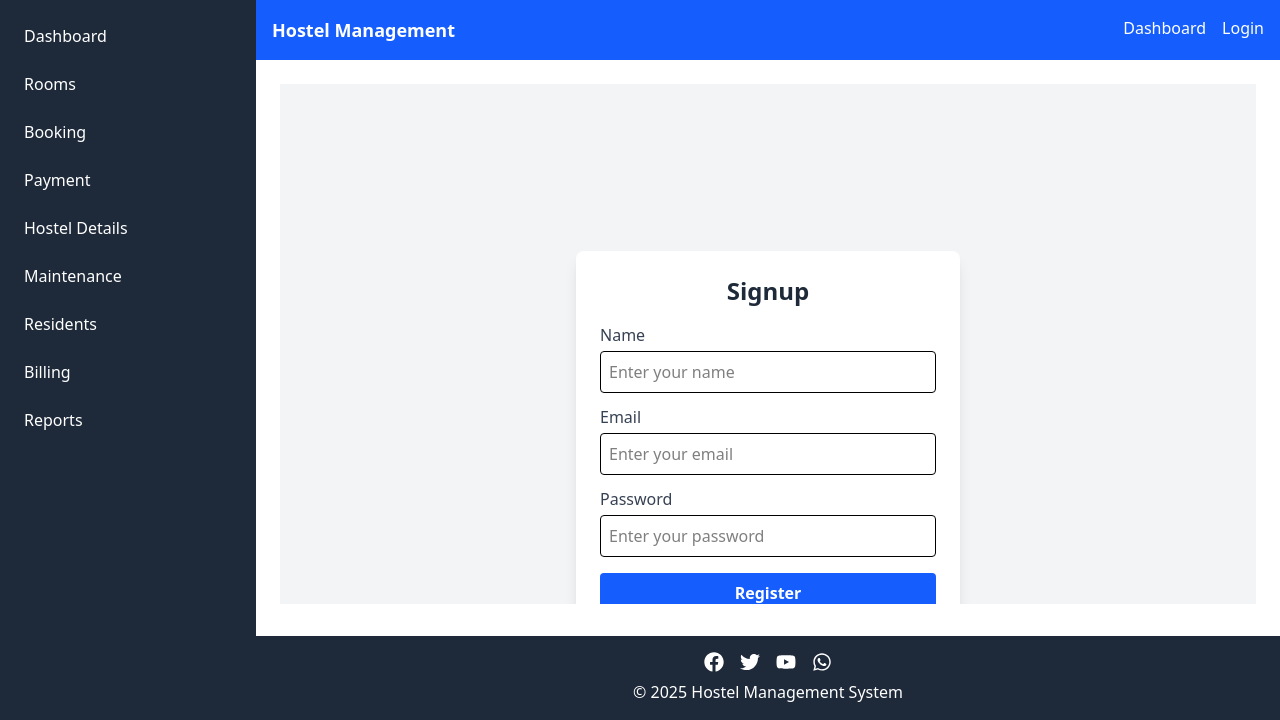
Repository: Meenakshi-commits/hostel_client
Page: /signup
These files come from the project's save history. The page is drawn as it stood at one moment and after a run of saves; the edit follows.
The browser window is 1280 px wide. The pictures show the whole page.
The page's requests for data from a server got no answer. An inner scrolling area shows only its first screen. The project was rebuilt for these pictures with package versions that can differ from the ones it lists, and the page was loaded fresh each time. No one was signed in, and anything a server would have sent is missing. Also part of the build but not shown: vite.config.js, src/components/ProtectedRoute.jsx, src/pages/HomePage.jsx, src/pages/Dashboard.jsx, src/pages/Booking.jsx, src/services/PaymentService.js, src/pages/Payment.jsx, src/pages/HostelDetails.jsx and 8 more.

Above is the page before, as saved 2025-02-28 20:00:40.

### index.html
<!doctype html>
<html lang="en">
  <head>
    <meta charset="UTF-8" />
    <link rel="icon" type="image/png" href="/logo.png" />
    <meta name="viewport" content="width=device-width, initial-scale=1.0" />
    <title>HostelManagementSystems</title>
  </head>
  <body>
    <div id="root"></div>
    <script type="module" src="/src/main.jsx"></script>
  </body>
</html>

### src/main.jsx
import React from "react";
import ReactDOM from "react-dom/client";
import { BrowserRouter } from "react-router-dom";
import App from "./App.jsx";
import "./index.css";

ReactDOM.createRoot(document.getElementById("root")).render(
    <BrowserRouter>
        <App />
    </BrowserRouter>
);

### src/App.jsx
import { BrowserRouter as Router } from "react-router-dom";
import { AuthProvider } from "./context/AuthContext";
import { RoomProvider } from "./context/RoomContext";
import { BookingProvider } from "./context/BookingContext";
import { NotificationProvider } from "./context/NotificationContext";
import Navbar from "./components/Navbar";
import Sidebar from "./components/Sidebar";
import Footer from "./components/Footer";
import AppRoutes from "./routes/AppRoutes";

function App() {
  return (

      <AuthProvider>
        <RoomProvider>
          <BookingProvider>
            <NotificationProvider>
              <div className="flex h-screen">
                <Sidebar />
                <div className="flex-1 flex flex-col">
                  <Navbar />
                  <div className="p-6 flex-grow overflow-auto">
                    <AppRoutes /> {/* Uses the separate AppRoutes component */}
                  </div>
                  <Footer />
                </div>
              </div>
            </NotificationProvider>
          </BookingProvider>
        </RoomProvider>
      </AuthProvider>

  );
}

export default App;

### src/context/AuthContext.jsx
import { createContext, useState, useEffect } from "react";
import { useNavigate } from "react-router-dom";
import { loginUser, registerUser } from "../services/authService";

export const AuthContext = createContext();

export const AuthProvider = ({ children }) => {
  const [user, setUser] = useState(null);
  const [loading, setLoading] = useState(true);
  const [showLoginMessage, setShowLoginMessage] = useState(false);
  const [showRegisterMessage, setShowRegisterMessage] = useState(false);
  const navigate = useNavigate();

  useEffect(() => {
    const storedUser = localStorage.getItem("user");
    if (storedUser) {
      try {
        setUser(JSON.parse(storedUser));
      } catch (error) {
        console.error("Invalid JSON in localStorage:", error);
        localStorage.removeItem("user"); // Clear invalid data
      }
    }
    setLoading(false);
  }, []);

  const login = async (credentials) => {
    try {
      const data = await loginUser(credentials);
      setUser(data.user);
      localStorage.setItem("user", JSON.stringify(data.user));
      setShowLoginMessage(true); // Show login message
      if (data.user.role === 'admin') {
        navigate("/booking"); // Navigate to booking page if admin
      } else {
        navigate("/dashboard"); // Navigate to dashboard if not admin
      }
    } catch (error) {
      console.error("Login failed:", error);
    }
  };

  const register = async (userData) => {
    try {
      const response = await registerUser(userData);
      setUser(response.user);
      localStorage.setItem("user", JSON.stringify(response.user));
      setShowRegisterMessage(true); // Show register message
      navigate("/dashboard"); // Navigate to dashboard after registration
    } catch (error) {
      console.error("Registration failed:", error);
    }
  };

  const logout = () => {
    setUser(null);
    localStorage.removeItem("user");
    navigate("/"); // Navigate to home after logout
  };

  return (
    <AuthContext.Provider value={{ user, login, register, logout, loading, showLoginMessage, setShowLoginMessage, showRegisterMessage, setShowRegisterMessage }}>
      {children}
    </AuthContext.Provider>
  );
};

### src/context/RoomContext.jsx
import { createContext, useState, useEffect } from "react";
import { getRooms } from "../services/roomService";

export const RoomContext = createContext();

export const RoomProvider = ({ children }) => {
  const [rooms, setRooms] = useState([]);
  const [loading, setLoading] = useState(true);

  useEffect(() => {
    fetchRooms();
  }, []);

  const fetchRooms = async () => {
    try {
      const data = await getRooms();
      setRooms(data);
    } catch (error) {
      console.error("Failed to fetch rooms:", error);
    } finally {
      setLoading(false);
    }
  };

  return (
    <RoomContext.Provider value={{ rooms, loading }}>
      {children}
    </RoomContext.Provider>
  );
};

### src/context/BookingContext.jsx
import { createContext, useState } from "react";
import { createBooking, getBookingById } from "../services/bookingService";

export const BookingContext = createContext();

export const BookingProvider = ({ children }) => {
  const [booking, setBooking] = useState(null);

  const addBooking = async (bookingData) => {
    try {
      const newBooking = await createBooking(bookingData);
      setBooking(newBooking);
    } catch (error) {
      console.error("Booking failed:", error);
    }
  };

  const fetchBooking = async (id) => {
    try {
      const data = await getBookingById(id);
      setBooking(data);
    } catch (error) {
      console.error("Failed to fetch booking:", error);
    }
  };

  return (
    <BookingContext.Provider value={{ booking, addBooking, fetchBooking }}>
      {children}
    </BookingContext.Provider>
  );
};

### src/context/NotificationContext.jsx
import { createContext, useState } from "react";
import { sendSmsNotification } from "../services/notificationService";
import { sendEmailNotification } from "../services/notificationService";


export const NotificationContext = createContext();

export const NotificationProvider = ({ children }) => {
  const [message, setMessage] = useState("");

  const sendEmail = async (emailData) => {
    try {
      const response = await sendEmailNotification(emailData);
      setMessage(response.message);
    } catch (error) {
      console.error("Email notification failed:", error);
    }
  };

  const sendSms = async (smsData) => {
    try {
      const response = await sendSmsNotification(smsData);
      setMessage(response.message);
    } catch (error) {
      console.error("SMS notification failed:", error);
    }
  };

  return (
    <NotificationContext.Provider value={{ sendEmail, sendSms, message }}>
      {children}
    </NotificationContext.Provider>
  );
};

### src/components/Navbar.jsx
import { Link } from "react-router-dom";

const Navbar = () => {
  return (
    <nav className="bg-blue-600 text-white p-4 flex justify-between">
      <Link to="/" className="text-lg font-bold">Hostel Management</Link>
      <div>
        <Link to="/Dashboard" className="mr-4">Dashboard</Link>
        <Link to="/Login">Login</Link>
      </div>
    </nav>
  );
};

export default Navbar;

### src/components/Sidebar.jsx
import { Link } from "react-router-dom";

const Sidebar = () => {
  return (
    <div className="w-64 bg-gray-800 text-white">
      <nav className="flex flex-col p-4">
        <Link to="/Dashboard" className="mb-2 p-2 hover:bg-gray-700 rounded">
          Dashboard
        </Link>
        <Link to="/Rooms" className="mb-2 p-2 hover:bg-gray-700 rounded">
          Rooms
        </Link>
        <Link to="/Booking" className="mb-2 p-2 hover:bg-gray-700 rounded">
          Booking
        </Link>
        <Link to="/Payment" className="mb-2 p-2 hover:bg-gray-700 rounded">
          Payment
        </Link>
        <Link to="/HostelDetails" className="mb-2 p-2 hover:bg-gray-700 rounded">
          Hostel Details
        </Link>
        <Link to="/Maintenance" className="mb-2 p-2 hover:bg-gray-700 rounded">
          Maintenance
        </Link>
        <Link to="/Residents" className="mb-2 p-2 hover:bg-gray-700 rounded">
          Residents
        </Link>
        <Link to="/Billing" className="mb-2 p-2 hover:bg-gray-700 rounded">
          Billing
        </Link>
        <Link to="/Reports" className="mb-2 p-2 hover:bg-gray-700 rounded">
          Reports
        </Link>

      </nav>
    </div>
  );
};

export default Sidebar;

### src/components/Footer.jsx
import { FaFacebook, FaTwitter, FaYoutube, FaWhatsapp } from "react-icons/fa";

const Footer = () => {
  return (
    <footer className="bg-gray-800 text-white text-center p-4 mt-8">
      <div className="flex justify-center space-x-4 mb-2">
        <a href="#" className="text-xl"><FaFacebook /></a>
        <a href="#" className="text-xl"><FaTwitter /></a>
        <a href="#" className="text-xl"><FaYoutube /></a>
        <a href="#" className="text-xl"><FaWhatsapp /></a>
      </div>
      <p>© {new Date().getFullYear()} Hostel Management System</p>
    </footer>
  );
};

export default Footer;

### src/routes/AppRoutes.jsx
import { Routes, Route } from "react-router-dom";
import ProtectedRoute from "../components/ProtectedRoute";

// Pages
import HomePage from "../pages/HomePage";
import Dashboard from "../pages/Dashboard";
import Booking from "../pages/Booking";
import Payment from "../pages/Payment";
import HostelDetails from "../pages/HostelDetails";
import Maintenance from "../pages/Maintenance";
import Residents from "../pages/Residents";
import Billing from "../pages/Billing";
import Reports from "../pages/Reports";
import Login from "../pages/Login";
import Signup from "../pages/Signup";
import Unauthorized from "../pages/Unauthorized";
import Rooms from "../pages/Rooms";
import BookRoom from "../pages/BookRoom";

const AppRoutes = () => {
  return (
    <Routes>
      <Route path="/" element={<HomePage />} />
      <Route path="/login" element={<Login />} />
      <Route path="/signup" element={<Signup />} />
      <Route path="/unauthorized" element={<Unauthorized />} />

      {/* Protected Routes */}
      <Route path="/dashboard" element={<ProtectedRoute roles={['admin', 'user']}><Dashboard /></ProtectedRoute>} />
      <Route path="/booking" element={<ProtectedRoute roles={['admin', 'user']}><Booking /></ProtectedRoute>} />
      <Route path="/payment" element={<ProtectedRoute roles={['admin']}><Payment /></ProtectedRoute>} />
      <Route path="/hostel-details" element={<ProtectedRoute roles={['admin']}><HostelDetails /></ProtectedRoute>} />
      <Route path="/maintenance" element={<ProtectedRoute roles={['admin']}><Maintenance /></ProtectedRoute>} />
      <Route path="/residents" element={<ProtectedRoute roles={['admin', 'user']}><Residents /></ProtectedRoute>} />
      <Route path="/billing" element={<ProtectedRoute roles={['admin']}><Billing /></ProtectedRoute>} />
      <Route path="/reports" element={<ProtectedRoute roles={['admin']}><Reports /></ProtectedRoute>} />
      <Route path="/rooms" element={<ProtectedRoute roles={['admin', 'user']}><Rooms /></ProtectedRoute>} />
      <Route path="/book-room" element={<ProtectedRoute roles={['admin']}><BookRoom /></ProtectedRoute>} />
    </Routes>
  );
};

export default AppRoutes;

### src/services/authService.js
import api from "./api";

// User Registration
export const registerUser = async (userData) => {
  try {
    const response = await api.post("/api/auth/register", userData);
    return response.data;
  } catch (error) {
    console.error("Error registering user:", error);
    throw error;
  }
};

// User Login
export const loginUser = async (credentials) => {
  try {
    const response = await api.post("/api/auth/login", credentials);
    return response.data;
  } catch (error) {
    console.error("Error logging in:", error);
    throw error;
  }
};

### src/services/roomService.js
import api from "./api";

// Fetch all rooms
export const getRooms = async () => {
  try {
    const response = await api.get("/api/rooms");
    return response.data;
  } catch (error) {
    console.error("Error fetching rooms:", error);
    return [];
  }
};

// Get a single room by ID
export const getRoomById = async (roomId) => {
  try {
    const response = await api.get(`/api/rooms/${roomId}`);
    return response.data;
  } catch (error) {
    console.error("Error fetching room:", error);
    throw error;
  }
};

// Create a new room
export const createRoom = async (roomData) => {
  try {
    await api.post("/api/rooms", roomData);
  } catch (error) {
    console.error("Error creating room:", error);
    throw error;
  }
};

// Update an existing room
export const updateRoom = async (roomId, roomData) => {
  try {
    await api.put(`/api/rooms/${roomId}`, roomData);
  } catch (error) {
    console.error("Error updating room:", error);
    throw error;
  }
};

// Delete a room
export const deleteRoom = async (roomId) => {
  try {
    await api.delete(`/api/rooms/${roomId}`);
  } catch (error) {
    console.error("Error deleting room:", error);
    throw error;
  }
};

// Fetch Available Rooms
export const fetchAvailableRooms = async () => {
  try {
    const response = await api.get("/api/rooms/available");
    return response.data;
  } catch (error) {
    console.error("Error fetching available rooms:", error);
    throw error;
  }
};

// Fetch Allocated Rooms
export const fetchAllocatedRooms = async () => {
  try {
    const response = await api.get("/api/rooms/allocated");
    return response.data;
  } catch (error) {
    console.error("Error fetching allocated rooms:", error);
    throw error;
  }
};

### src/services/bookingService.js
import api from "./api";

// Create a new booking
export const createBooking = async (bookingData) => {
  try {
    const response = await api.post("/api/bookings", bookingData);
    return response.data;
  } catch (error) {
    console.error("Error creating booking:", error);
    throw error;
  }
};

// Get a specific booking
export const getBookingById = async (bookingId) => {
  try {
    const response = await api.get(`/api/bookings/${bookingId}`);
    return response.data;
  } catch (error) {
    console.error("Error fetching booking:", error);
    throw error;
  }
};

// Get all bookings
export const getAllBookings = async () => {
  try {
    const response = await api.get("/api/bookings");
    return response.data;
  } catch (error) {
    console.error("Error fetching bookings:", error);
    return [];
  }
};

// Cancel a booking
export const cancelBooking = async (bookingId) => {
  try {
    await api.delete(`/api/bookings/${bookingId}`);
  } catch (error) {
    console.error("Error canceling booking:", error);
    throw error;
  }
};

// Fetch Booking by ID
export const fetchBookingById = async (bookingId) => {
  try {
    const response = await api.get(`/api/bookings/${bookingId}`);
    return response.data;
  } catch (error) {
    console.error("Error fetching booking by ID:", error);
    throw error;
  }
};

### src/services/notificationService.js
import api from "./api";

// Send Email Notification
export const sendEmailNotification = async (emailData) => {
  try {
    const response = await api.post("/api/notifications/email", emailData);
    return response.data;
  } catch (error) {
    console.error("Error sending email notification:", error);
    throw error;
  }
};

// Send SMS Notification
export const sendSmsNotification = async (smsData) => {
  try {
    const response = await api.post("/api/notifications/sms", smsData);
    return response.data;
  } catch (error) {
    console.error("Error sending SMS notification:", error);
    throw error;
  }
};

### src/pages/Signup.jsx
import { useState, useContext } from "react";
import { useNavigate } from "react-router-dom";
import { AuthContext } from "../context/AuthContext";

const Signup = () => {
  const { register } = useContext(AuthContext);
  const [name, setName] = useState("");
  const [email, setEmail] = useState("");
  const [password, setPassword] = useState("");
  const navigate = useNavigate();

  const handleSubmit = async (e) => {
    e.preventDefault();
    await register({ name, email, password });
    navigate("/dashboard"); // Navigate to dashboard after registration
  };

  return (
    <div className="flex items-center justify-center min-h-screen bg-gray-100">
      <div className="bg-white p-6 shadow-lg rounded-lg w-full max-w-sm">
        <h2 className="text-2xl font-bold text-center text-gray-800">Signup</h2>
        <form onSubmit={handleSubmit} className="flex flex-col mt-4">
          <label className="text-gray-700 font-medium">Name</label>
          <input
            type="text"
            placeholder="Enter your name"
            value={name}
            onChange={(e) => setName(e.target.value)}
            className="border p-2 rounded mt-1"
          />

          <label className="text-gray-700 font-medium mt-3">Email</label>
          <input
            type="email"
            placeholder="Enter your email"
            value={email}
            onChange={(e) => setEmail(e.target.value)}
            className="border p-2 rounded mt-1"
          />

          <label className="text-gray-700 font-medium mt-3">Password</label>
          <input
            type="password"
            placeholder="Enter your password"
            value={password}
            onChange={(e) => setPassword(e.target.value)}
            className="border p-2 rounded mt-1"
          />

          <button
            type="submit"
            className="mt-4 px-4 py-2 bg-blue-600 text-white font-semibold rounded hover:bg-blue-700 transition duration-300"
          >
            Register
          </button>
        </form>
      </div>
    </div>
  );
};

export default Signup;

### src/services/api.js
import axios from "axios";

const api = axios.create({
  baseURL: "https://hostel-server-d0td.onrender.com",
  headers: {
    "Content-Type": "application/json",
  },
});

// Request Interceptor (Logs outgoing requests)
api.interceptors.request.use(
  (config) => {
    console.log("🚀 Request Sent:", config.method.toUpperCase(), config.url);
    console.log("📤 Request Data:", config.data);
    return config;
  },
  (error) => {
    console.error("❌ Request Error:", error);
    return Promise.reject(error);
  }
);

// Response Interceptor (Logs responses or errors)
api.interceptors.response.use(
  (response) => {
    console.log("✅ Response:", response.status, response.data);
    return response;
  },
  (error) => {
    if (error.response) {
      console.error("❌ Response Error:", error.response.status, error.response.data);
    } else {
      console.error("❌ Network Error:", error.message);
    }
    return Promise.reject(error);
  }
);

export default api;

Loaded but not shown: src/index.css (common file)

After the next 2 saves:
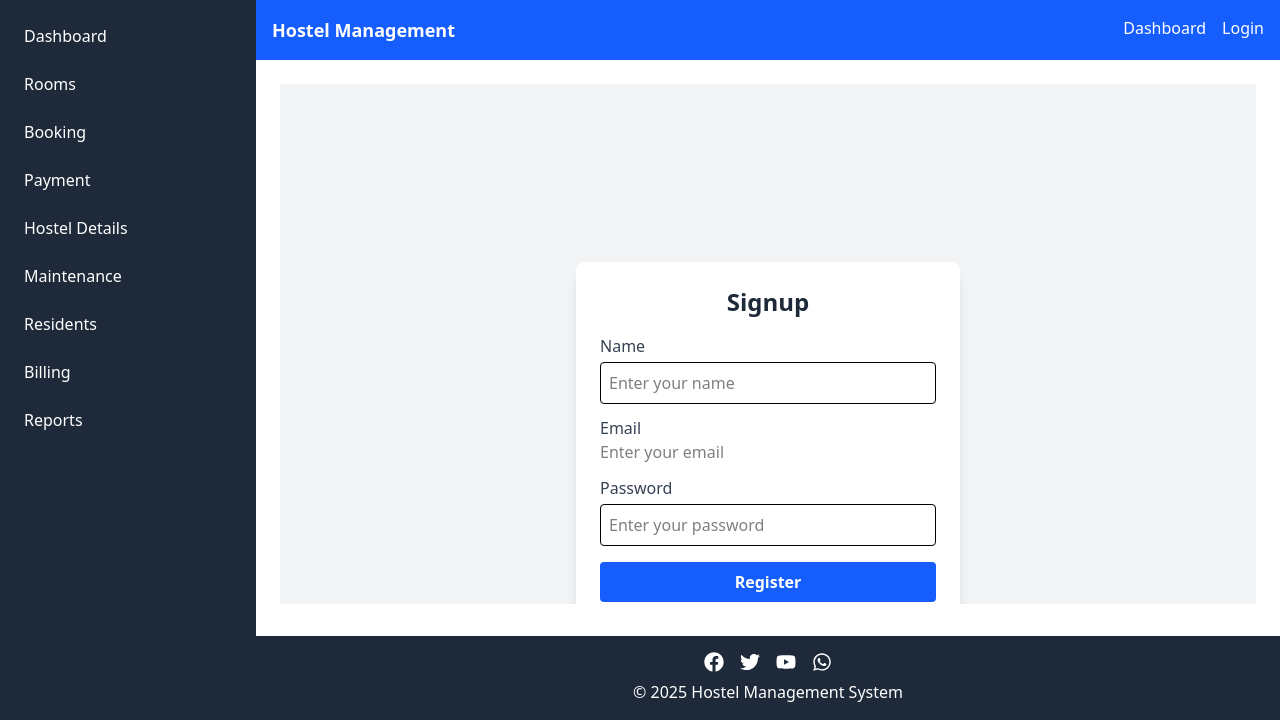
The 2 saves are shown as one change because 1 did not build or start.
The last was saved 89 s later.
--- a/src/pages/Signup.jsx
+++ b/src/pages/Signup.jsx
@@ -7,11 +7,12 @@ const Signup = () => {
   const [name, setName] = useState("");
   const [email, setEmail] = useState("");
   const [password, setPassword] = useState("");
+  const [role, setRole] = useState("resident"); // Default role is resident
   const navigate = useNavigate();
 
   const handleSubmit = async (e) => {
     e.preventDefault();
-    await register({ name, email, password });
+    await register({ name, email, password, role });
     navigate("/dashboard"); // Navigate to dashboard after registration
   };
 
@@ -35,7 +36,6 @@ const Signup = () => {
             placeholder="Enter your email"
             value={email}
             onChange={(e) => setEmail(e.target.value)}
-            className="border p-2 rounded mt-1"
           />
 
           <label className="text-gray-700 font-medium mt-3">Password</label>
